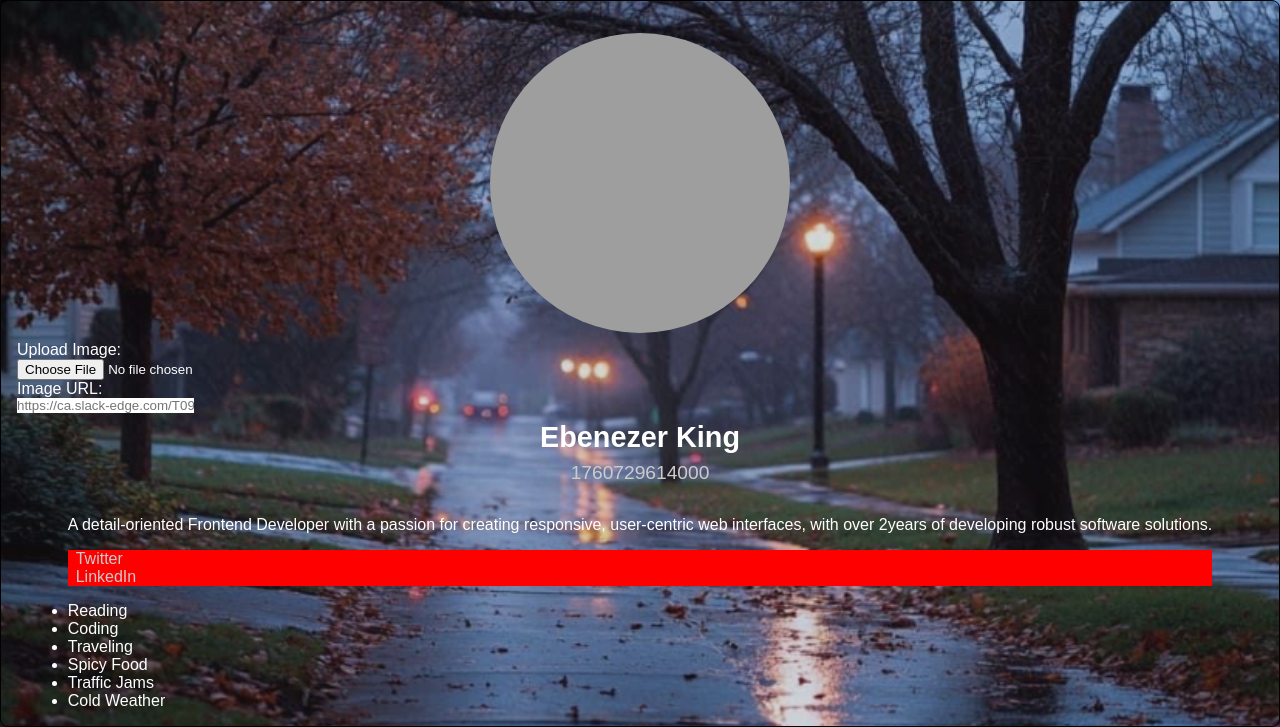
Repository: ebenezertiewei/profileCard
Page: index.html
These files come from the project's save history. The page is drawn as it stood at one moment and after the next save; the edit follows.
The browser window is 1280 px wide. The pictures show the whole page.
Pictures or frames that could not be fetched are drawn as grey boxes.

Above is the page before, as saved 2025-10-17 20:48:33.

After the next save:
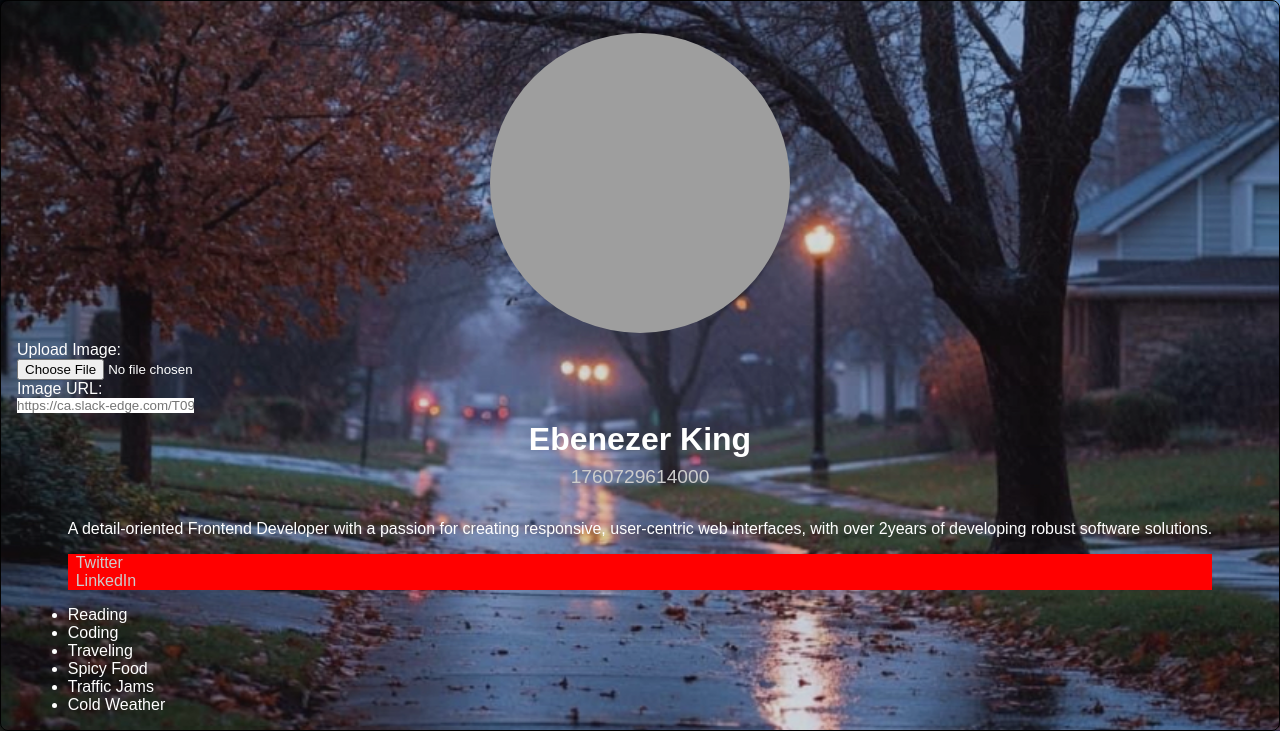
Saved 30 s later.
--- a/style.css
+++ b/style.css
@@ -70,7 +70,7 @@ article[data-testid="test-profile-card"] {
 	display: flex;
 	justify-content: center;
 	margin: 0.5rem 0;
-	font-size: 1.8rem;
+	font-size: 2rem;
 	font-weight: 600;
 }
 /*-------------- current time --------------*/
